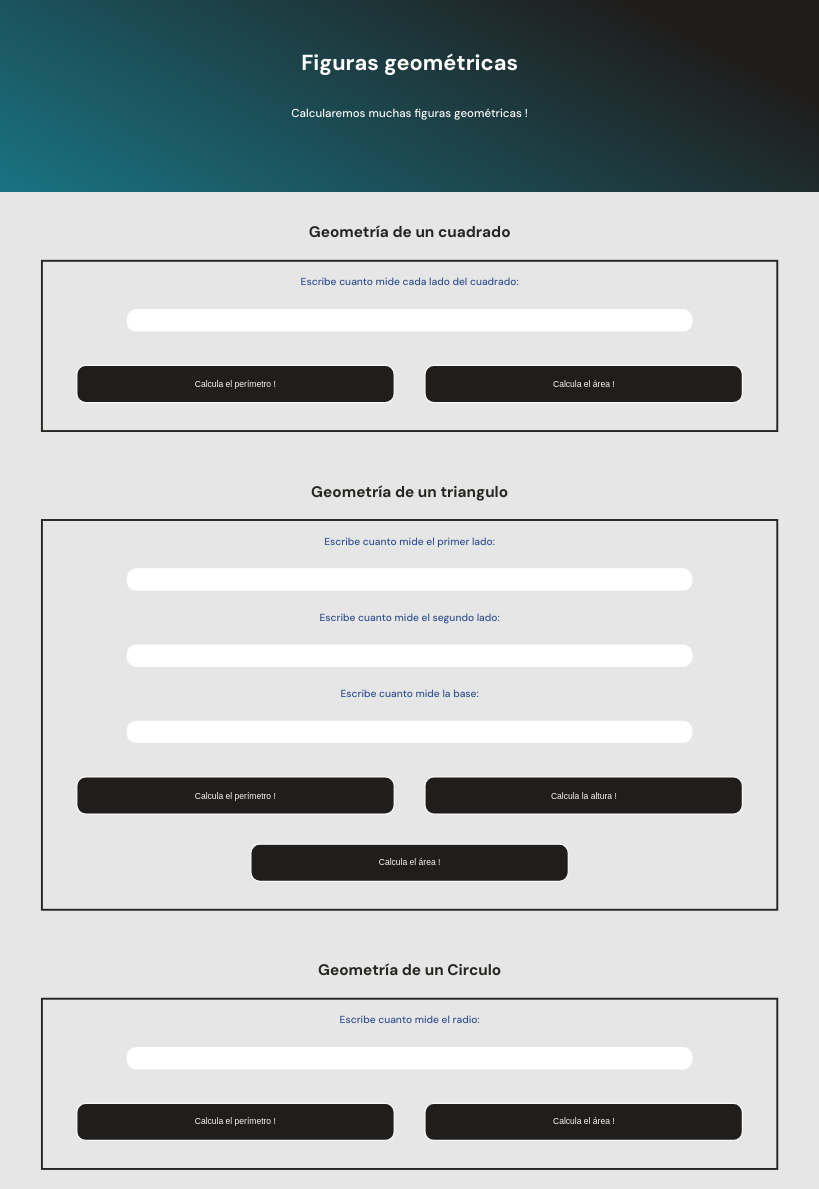
Repository: ChristianGecchelin/javascript-project
Page: javascript-project/figuras-geometricas/figuras.html
These files come from the project's save history. The page is drawn as it stood at one moment and after the next save; the edit follows.
The browser window is 1280 px wide. The pictures show the whole page, at 64% of full size.

Above is the page before, as saved 2021-12-05 18:53:08.

After the next save:
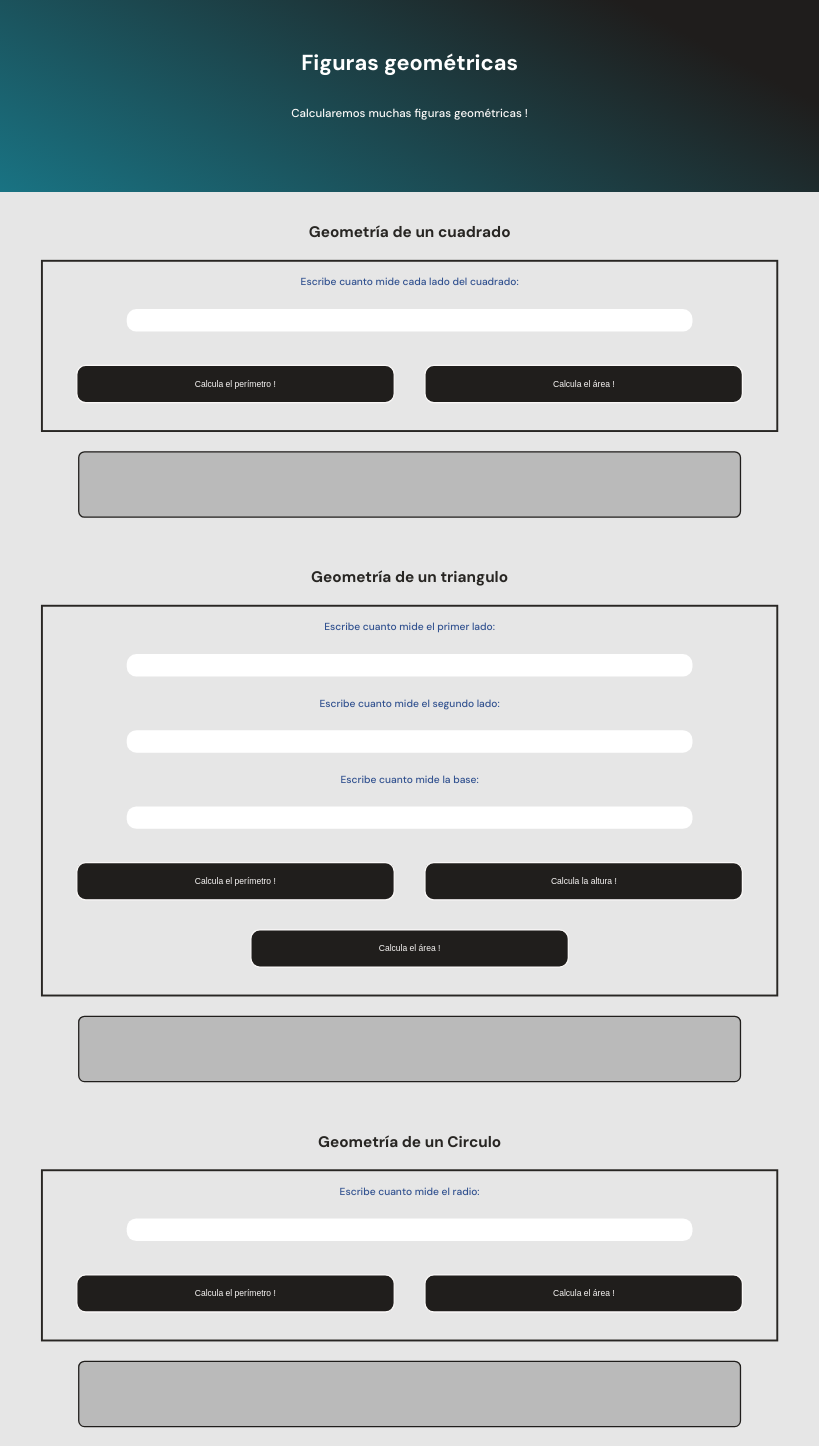
Saved 31 s later.
--- a/javascript-project/figuras-geometricas/style.css
+++ b/javascript-project/figuras-geometricas/style.css
@@ -114,3 +114,22 @@ main {
   background-color: var(--warm-black);
   color: var(--off-white);
 }
+.container-answer {
+  width: 90%;
+  min-width: 260px;
+  height: auto;
+  margin: 0 auto;
+  margin-top: 30px;
+  padding-top: 50px;
+  padding-bottom: 50px;
+  text-align: center;
+  background-color: #bababa;
+  border: 2px solid var(--warm-black);
+  border-radius: 10px;
+}
+.container-answer p {
+  font-size: 3rem;
+  font-weight: 700;
+  line-height: 2.4rem;
+  color: var(--Dark-lightblue);
+}
